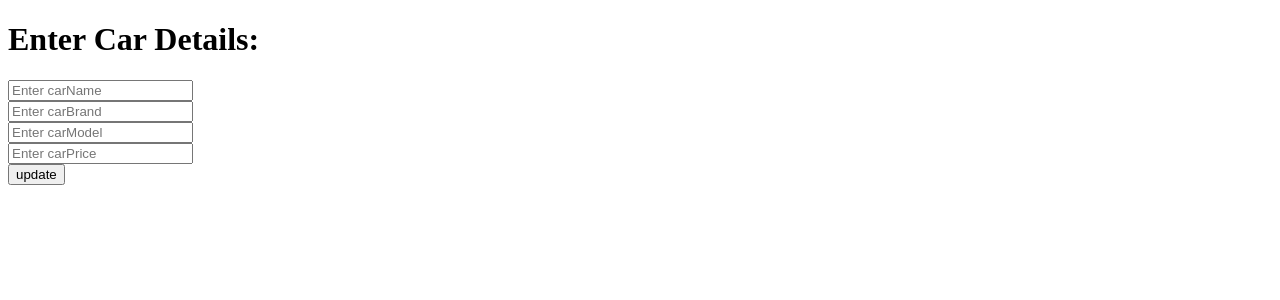
Repository: Dhirajkumar02/Advance-Java--J2EE-
Page: ServletProjecct_CarDB/src/main/webapp/Update.html
These files come from the project's save history. The page is drawn as it stood at one moment and after the next save; the edit follows.
The browser window is 1280 px wide. The pictures show the whole page.

Above is the page before, as saved 2024-11-14 11:35:19.

### ServletProjecct_CarDB/src/main/webapp/Update.html
<!DOCTYPE html>
<html>
<head>
<meta charset="UTF-8">
<title>Insert title here</title>
</head>
<body>
<h1>Enter Car Details:</h1>
<form action="update-car">
<input type="text" placeholder="Enter carName" name="carName" ><br>
<input type="text" placeholder="Enter carBrand" name="carBrand"><br>
<input type="text" placeholder="Enter carModel" name="carModel"><br>
<input type="number" placeholder="Enter carPrice" name="carPrice"><br>
<input type="submit" value="update">
</form>
</body>
</html>

After the next save:
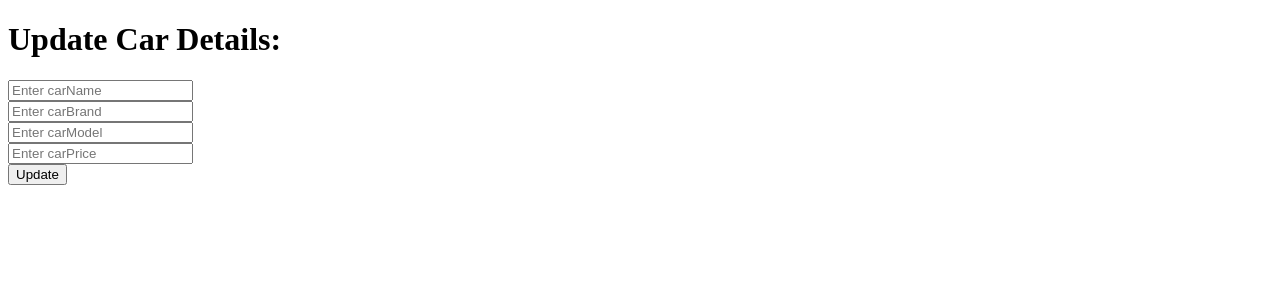
Saved 36 s later.
--- a/ServletProjecct_CarDB/src/main/webapp/Update.html
+++ b/ServletProjecct_CarDB/src/main/webapp/Update.html
@@ -5,13 +5,13 @@
 <title>Insert title here</title>
 </head>
 <body>
-<h1>Enter Car Details:</h1>
+<h1>Update Car Details:</h1>
 <form action="update-car">
 <input type="text" placeholder="Enter carName" name="carName" ><br>
 <input type="text" placeholder="Enter carBrand" name="carBrand"><br>
 <input type="text" placeholder="Enter carModel" name="carModel"><br>
 <input type="number" placeholder="Enter carPrice" name="carPrice"><br>
-<input type="submit" value="update">
+<input type="submit" value="Update">
 </form>
 </body>
 </html>
